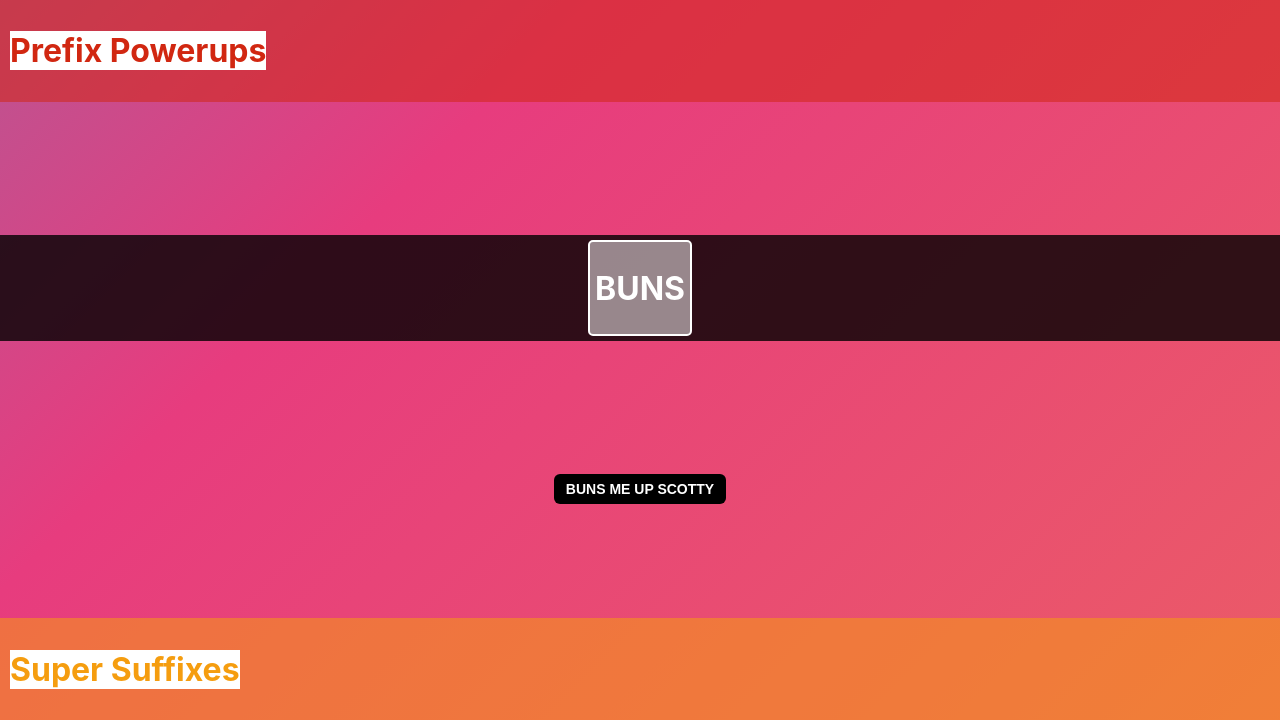
Repository: bsalgado98/buns-inator
Page: /
The author's editor kept a copy of each file at every save. The page is drawn from the files as they stood at one save, then again after the next save.
The browser window is 1280 px wide. The pictures show the whole page.
The project was rebuilt for these pictures with package versions that can differ from the ones it lists, and the page was loaded fresh each time. Also part of the build but not shown: src/components/WordCard/WordCard.tsx, src/utility/wordSection.tsx.

Above is the page before, as saved 2022-04-30 06:18:55.

After the next save:
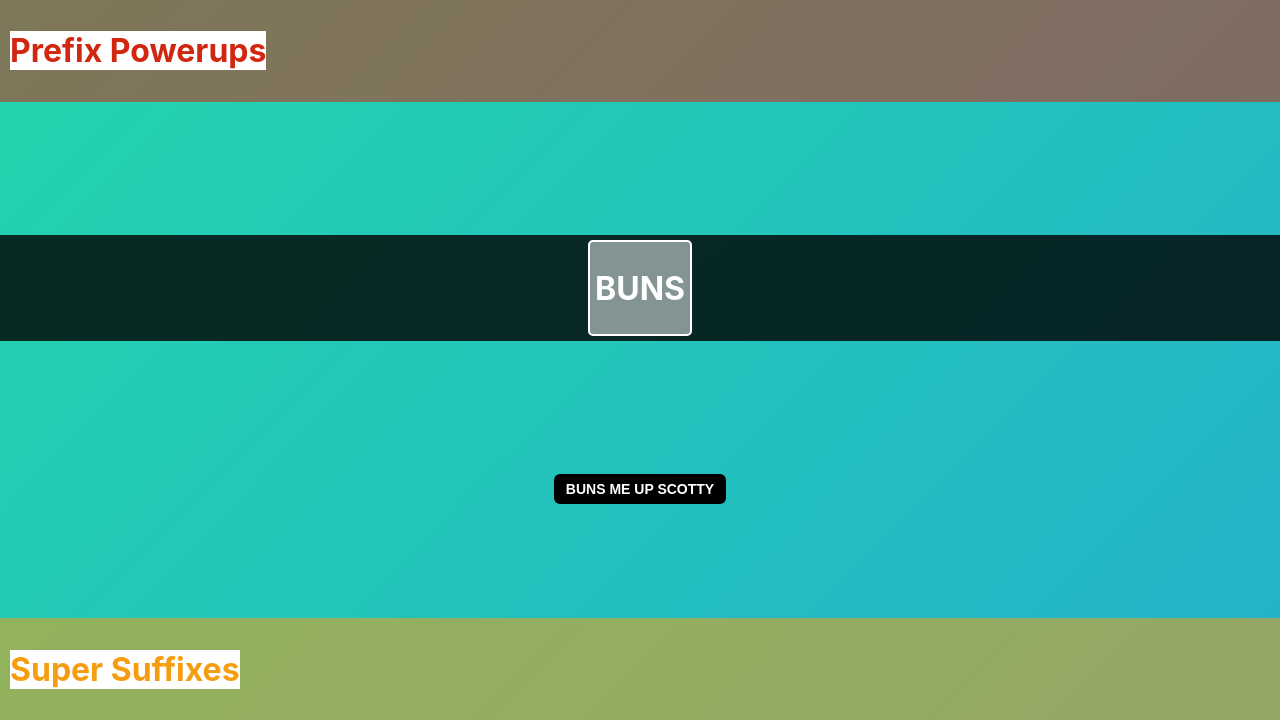
Saved 24 s later.
--- a/src/App.css
+++ b/src/App.css
@@ -5,7 +5,7 @@
     flex-direction: column;
     background: linear-gradient(-45deg, #ee7752, #e73c7e, #23a6d5, #23d5ab);
 	background-size: 400% 400%;
-	animation: gradient 15s ease infinite;
+	/* animation: gradient 15s ease infinite; */
     background-attachment: fixed;
 }
 
